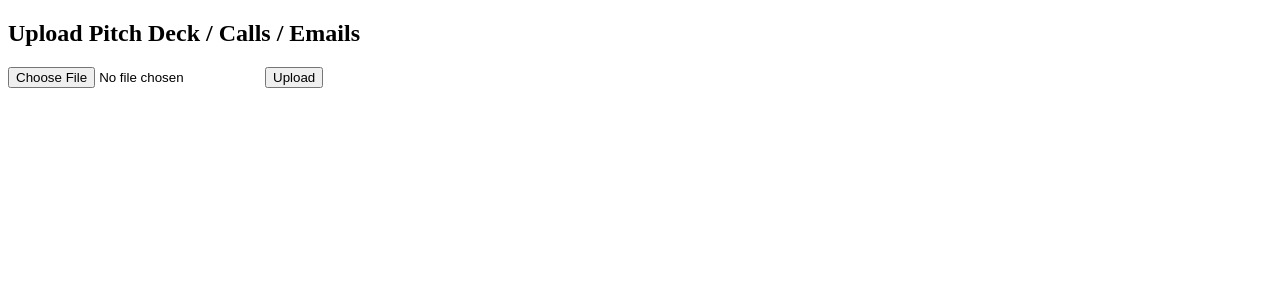
Repository: rahultammu/Hack
Page: index.html
These files come from the project's save history. The page is drawn as it stood at one moment and after the next save; the edit follows.
The browser window is 1280 px wide. The pictures show the whole page.

Above is the page before, as saved 2025-09-12 19:50:56.

### index.html
<!DOCTYPE html>
<html>
  <head>
    <title>Upload Pitch Deck</title>
  </head>
  <body>
    <h2>Upload Pitch Deck / Calls / Emails</h2>
    <form action="http://127.0.0.1:5000/upload" method="post" enctype="multipart/form-data">
      <input type="file" name="file" />
      <button type="submit">Upload</button>
    </form>

  </body>
</html>

After the next save:
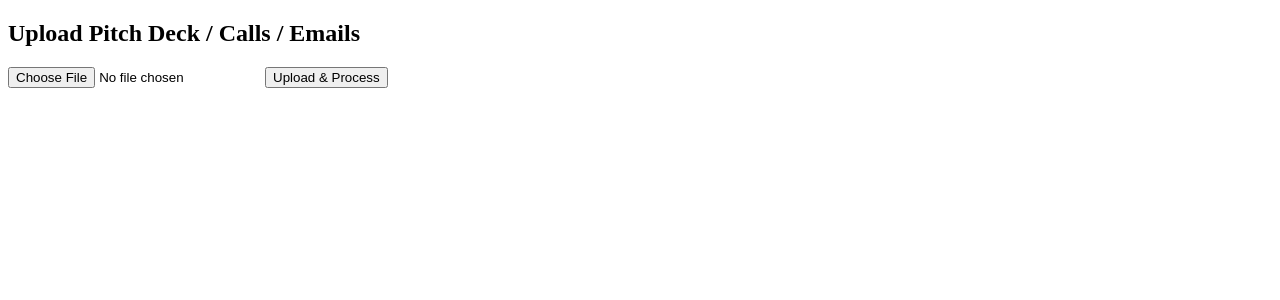
Saved 5 s later.
--- a/index.html
+++ b/index.html
@@ -1,14 +1,32 @@
 <!DOCTYPE html>
 <html>
-  <head>
-    <title>Upload Pitch Deck</title>
-  </head>
-  <body>
-    <h2>Upload Pitch Deck / Calls / Emails</h2>
-    <form action="http://127.0.0.1:5000/upload" method="post" enctype="multipart/form-data">
-      <input type="file" name="file" />
-      <button type="submit">Upload</button>
-    </form>
+<head>
+  <title>Upload Pitch Deck / Calls / Emails</title>
+  <script>
+    async function uploadFile(event) {
+      event.preventDefault();
+      const fileInput = document.querySelector("#file");
+      const file = fileInput.files[0];
+      const formData = new FormData();
+      formData.append("file", file);
 
-  </body>
+      const response = await fetch("/upload", {
+        method: "POST",
+        body: formData
+      });
+
+      const result = await response.json();
+      document.querySelector("#output").innerText =
+        `GCS URL: ${result.file_url}\n\nExtracted Text:\n${result.extracted_text}`;
+    }
+  </script>
+</head>
+<body>
+  <h2>Upload Pitch Deck / Calls / Emails</h2>
+  <form onsubmit="uploadFile(event)">
+    <input type="file" id="file" name="file" />
+    <button type="submit">Upload & Process</button>
+  </form>
+  <pre id="output" style="margin-top:20px; white-space: pre-wrap;"></pre>
+</body>
 </html>
